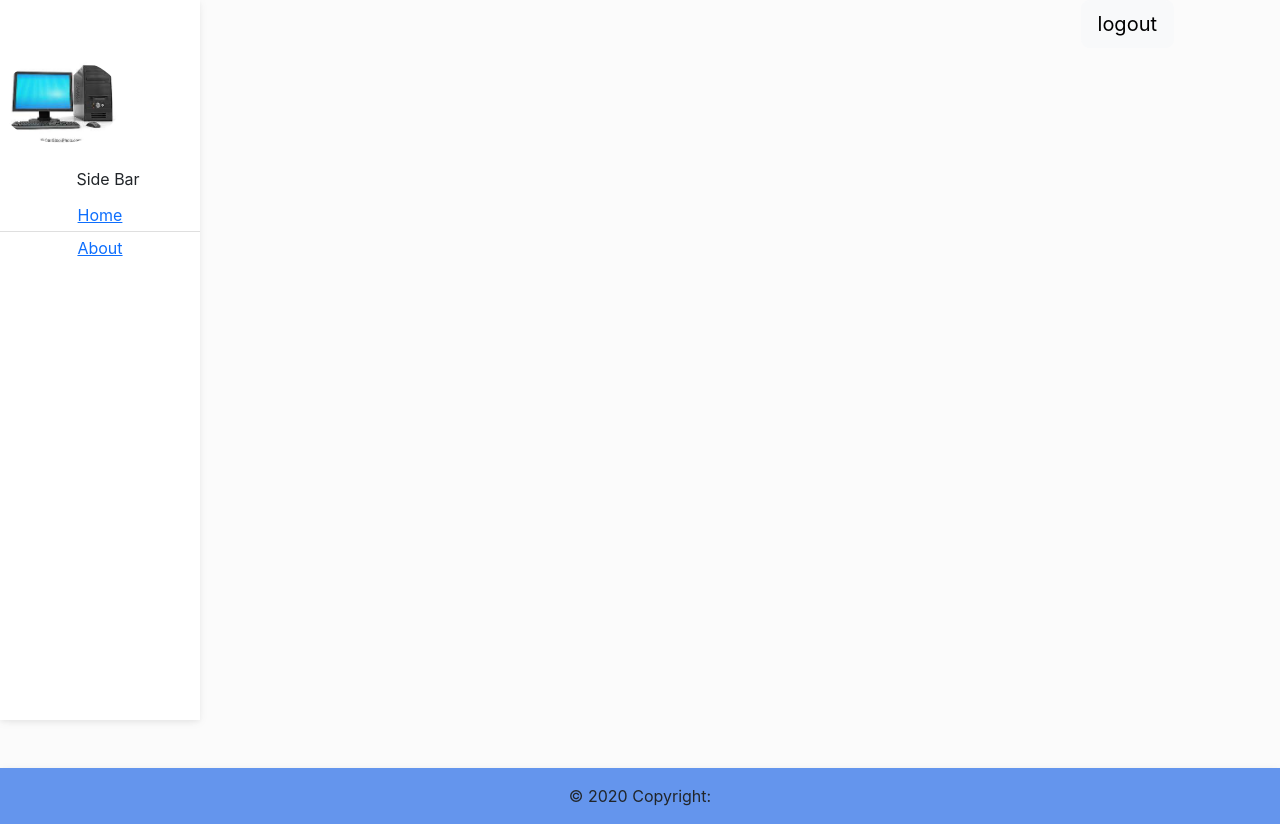
Repository: Sakshamccna/React
Page: /
The author's editor kept a copy of each file at every save. The page is drawn from the files as they stood at one save, then again after the next save.
The browser window is 1280 px wide. The pictures show the whole page.
The project was rebuilt for these pictures with package versions that can differ from the ones it lists, and the page was loaded fresh each time. Also part of the build but not shown: src/Components/Home.tsx, src/Components/About.tsx.

Above is the page before, as saved 2022-12-26 12:30:46.

### public/index.html
<!DOCTYPE html>
<html lang="en">

<head>
  <meta charset="utf-8" />
  <link rel="icon" href="%PUBLIC_URL%/favicon.ico" />
  <meta name="viewport" content="width=device-width, initial-scale=1" />
  <meta name="theme-color" content="#000000" />
  <meta name="description" content="Web site created using create-react-app" />
  <link rel="apple-touch-icon" href="%PUBLIC_URL%/logo192.png" />
  <!--
      manifest.json provides metadata used when your web app is installed on a
      user's mobile device or desktop. See https://developers.google.com/web/fundamentals/web-app-manifest/
    -->
  <link rel="manifest" href="%PUBLIC_URL%/manifest.json" />
  <link href="https://cdn.jsdelivr.net/npm/bootstrap@5.2.3/dist/css/bootstrap.min.css" rel="stylesheet"
    integrity="sha384-rbsA2VBKQhggwzxH7pPCaAqO46MgnOM80zW1RWuH61DGLwZJEdK2Kadq2F9CUG65" crossorigin="anonymous">
  <!--
      Notice the use of %PUBLIC_URL% in the tags above.
      It will be replaced with the URL of the `public` folder during the build.
      Only files inside the `public` folder can be referenced from the HTML.

      Unlike "/favicon.ico" or "favicon.ico", "%PUBLIC_URL%/favicon.ico" will
      work correctly both with client-side routing and a non-root public URL.
      Learn how to configure a non-root public URL by running `npm run build`.
    -->
  <title>React App</title>
</head>

<body>
  <noscript>You need to enable JavaScript to run this app.</noscript>
  <div id="root"></div>
  <!--
      This HTML file is a template.
      If you open it directly in the browser, you will see an empty page.

      You can add webfonts, meta tags, or analytics to this file.
      The build step will place the bundled scripts into the <body> tag.

      To begin the development, run `npm start` or `yarn start`.
      To create a production bundle, use `npm run build` or `yarn build`.
    -->
</body>
<script src="https://cdn.jsdelivr.net/npm/bootstrap@5.2.3/dist/js/bootstrap.bundle.min.js"
  integrity="sha384-kenU1KFdBIe4zVF0s0G1M5b4hcpxyD9F7jL+jjXkk+Q2h455rYXK/7HAuoJl+0I4" crossorigin="anonymous"></script>

</html>

### src/App.tsx
import React from 'react';
import logo from './logo.svg';
import './App.css';
import { BrowserRouter, Routes, Route } from 'react-router-dom';
import Headers from './Components/Headers';

import Footers from './Components/Footers';
import Sidebar from './Components/Sidebar';
import Home from './Components/Home';
import About from './Components/About';

function App() {
  return (
    <div className="App">
      <BrowserRouter>

        <Routes>
          <Route path="/" element={<Sidebar />} >
            <Route path="/" element={<Headers />} >
              <Route path="Home" element={<Home />} />
              <Route path="About" element={<About />} />
            </Route>
          </Route>






        </Routes>

      </BrowserRouter>
      <Footers />



    </div >
  );
}

export default App;

### src/Components/Headers.tsx
import React from 'react'
import { Outlet } from 'react-router-dom'
import "./Header.css"

function Headers() {
    return (
        <>
            {/* <nav className="navbar sticky-top navbar-lig navbar-light topnav-right">

                <div className="">
                    <div className="d-flex justify-content-center mx-4 ">
                        <button type="button" className="btn btn-light btn-lg">logout</button>
                    </div>

                </div>
            </nav> */}
            <div className='container'>
                <div className='row'>
                    <div className='col-2'>

                    </div>
                    <div className='col-10'>
                        <div className="sticky-top  topnav-right">
                            <div className="d-flex justify-content-center mx-4 ">
                                <button type="button" className="btn btn-light btn-lg">logout</button>
                            </div>

                        </div>
                    </div>
                </div>

            </div>
            <Outlet />

        </>
    )
}

export default Headers

### src/Components/Footers.tsx
import React from 'react'
import "./footer.css"

function Footers() {
    return (
        <footer className="footer">


            <div className="footer-copyright text-center py-3">© 2020 Copyright:

            </div>



        </footer>
    )
}

export default Footers

### src/Components/Sidebar.tsx
import React from 'react'
import { Link, Outlet, useNavigate } from "react-router-dom";
import "./sidebar.css"

function Sidebar() {
    return (
        <>
            <nav id="sidebarMenu" className=" d-lg-block navbar-expand-lg navbar-light sidebar bg-white">


                <p
                    className="nav-link d-flex align-items-center center">
                    <img


                        src="hello.jpg"
                        className="rounded-circle"
                        height="85"
                        alt="Avatar"
                        loading="lazy"
                    />
                </p>

                <a
                    className="list-group-item list-group-item-action py-2 ripple"
                    aria-current="true"
                    data-mdb-toggle="collapse"
                    href="#collapseExample1"
                    aria-expanded="true"
                    aria-controls="collapseExample1"
                >
                    <i className="fas fa-tachometer-alt fa-fw me-3"></i><span>Side Bar</span>
                </a>

                <ul id="collapseExample1" className="collapse show list-group list-group-flush">
                    <li className="list-group-item py-1">
                        < Link to="Home" > Home</Link >
                    </li>
                    <li className="list-group-item py-1">
                        < Link to="About" > About</Link >
                    </li>

                </ul>
            </nav>
            <Outlet />

        </>
    )
}

export default Sidebar

### src/Components/Header.css
.topnav-right {
    display: flex;
    justify-content: flex-end;

}

### src/Components/footer.css
.footer {
    margin-top: 100vh;
    box-shadow: 0 2px 5px 0 rgb(0 0 0 / 5%), 0 2px 10px 0 rgb(0 0 0 / 5%);
    background-color: #6495ED;
}

### src/Components/sidebar.css
body {
    background-color: #fbfbfb;
}




.sidebar {
    position: fixed;
    top: 0;
    bottom: 0;
    left: 0;
    padding: 58px 0 0;

    box-shadow: 0 2px 5px 0 rgb(0 0 0 / 5%), 0 2px 10px 0 rgb(0 0 0 / 5%);
    width: 200px;
    z-index: 600;
}

Loaded but not shown: src/index.tsx (common file); src/index.css (common file); src/reportWebVitals.ts (common file); src/App.css (common file)

After the next save:
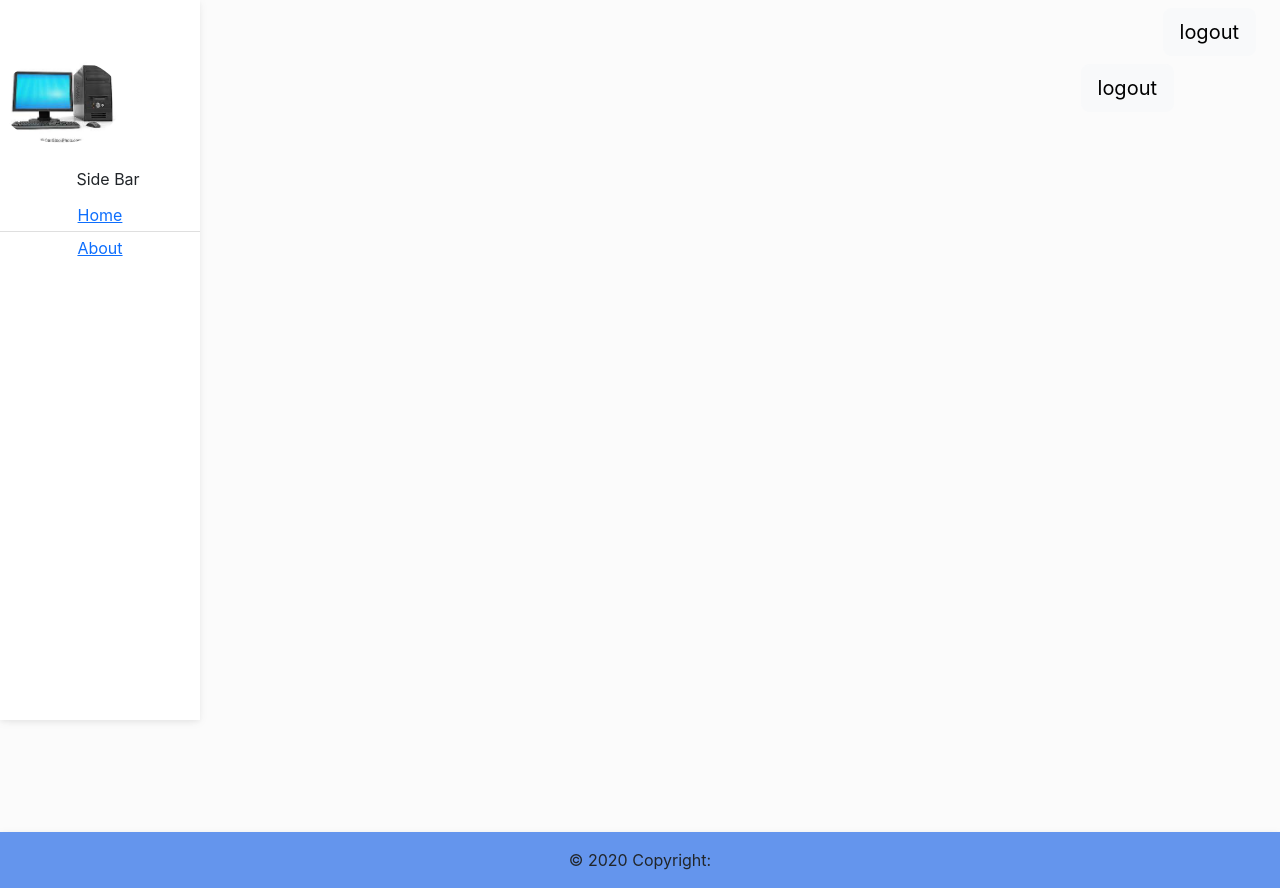
Saved 14 s later.
--- a/src/Components/Headers.tsx
+++ b/src/Components/Headers.tsx
@@ -5,7 +5,7 @@ import "./Header.css"
 function Headers() {
     return (
         <>
-            {/* <nav className="navbar sticky-top navbar-lig navbar-light topnav-right">
+            <nav className="navbar sticky-top navbar-lig navbar-light topnav-right">
 
                 <div className="">
                     <div className="d-flex justify-content-center mx-4 ">
@@ -13,7 +13,7 @@ function Headers() {
                     </div>
 
                 </div>
-            </nav> */}
+            </nav>
             <div className='container'>
                 <div className='row'>
                     <div className='col-2'>
